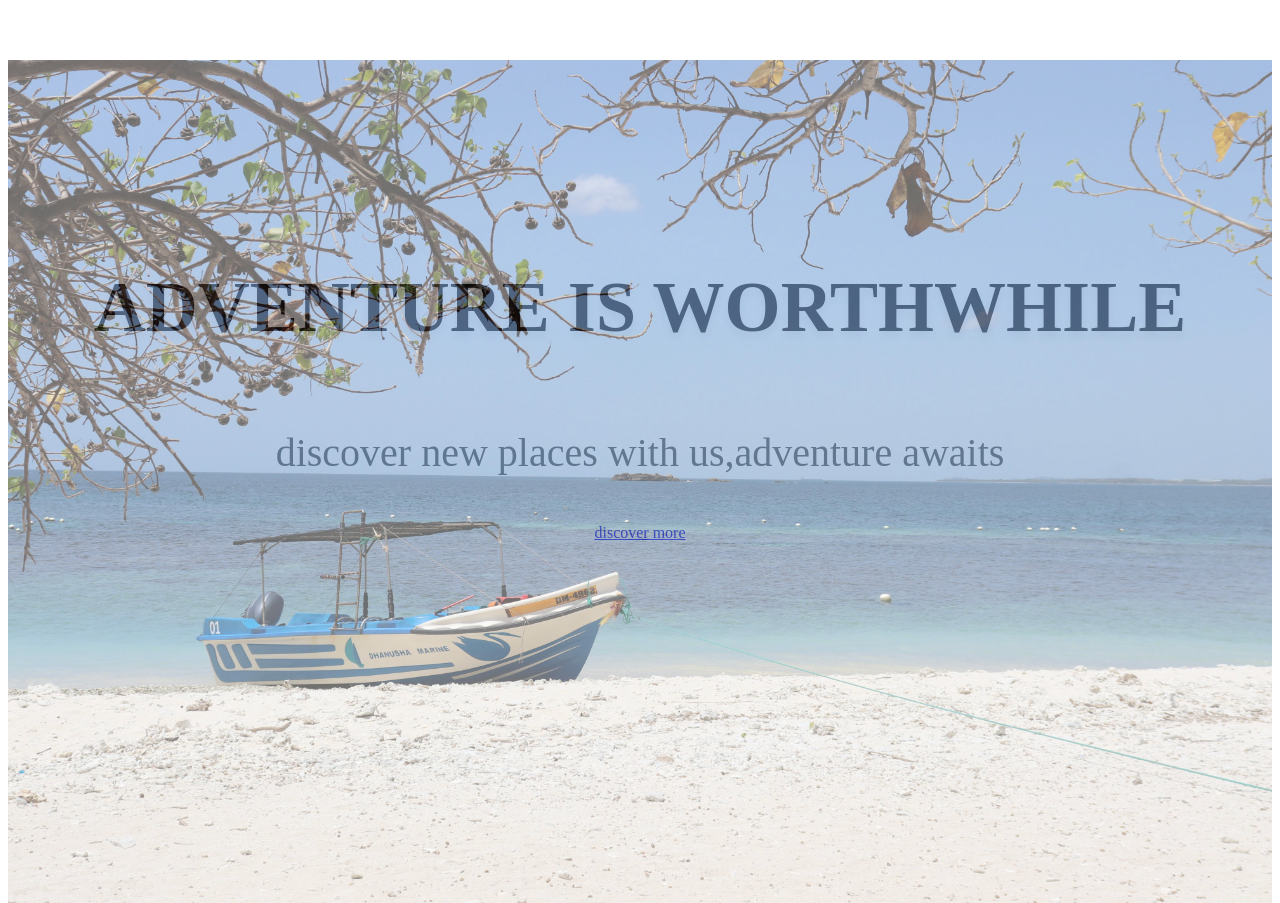
Repository: KasunInd27/Ceylon-Journey
Page: Home/home.html
The author's editor kept a copy of each file at every save. The page is drawn from the files as they stood at one save, then again after the next save.
The browser window is 1280 px wide. The pictures show the whole page.

Above is the page before, as saved 2024-10-05 13:53:33.
Console error: SyntaxError: Unexpected token '<'

After the next save:
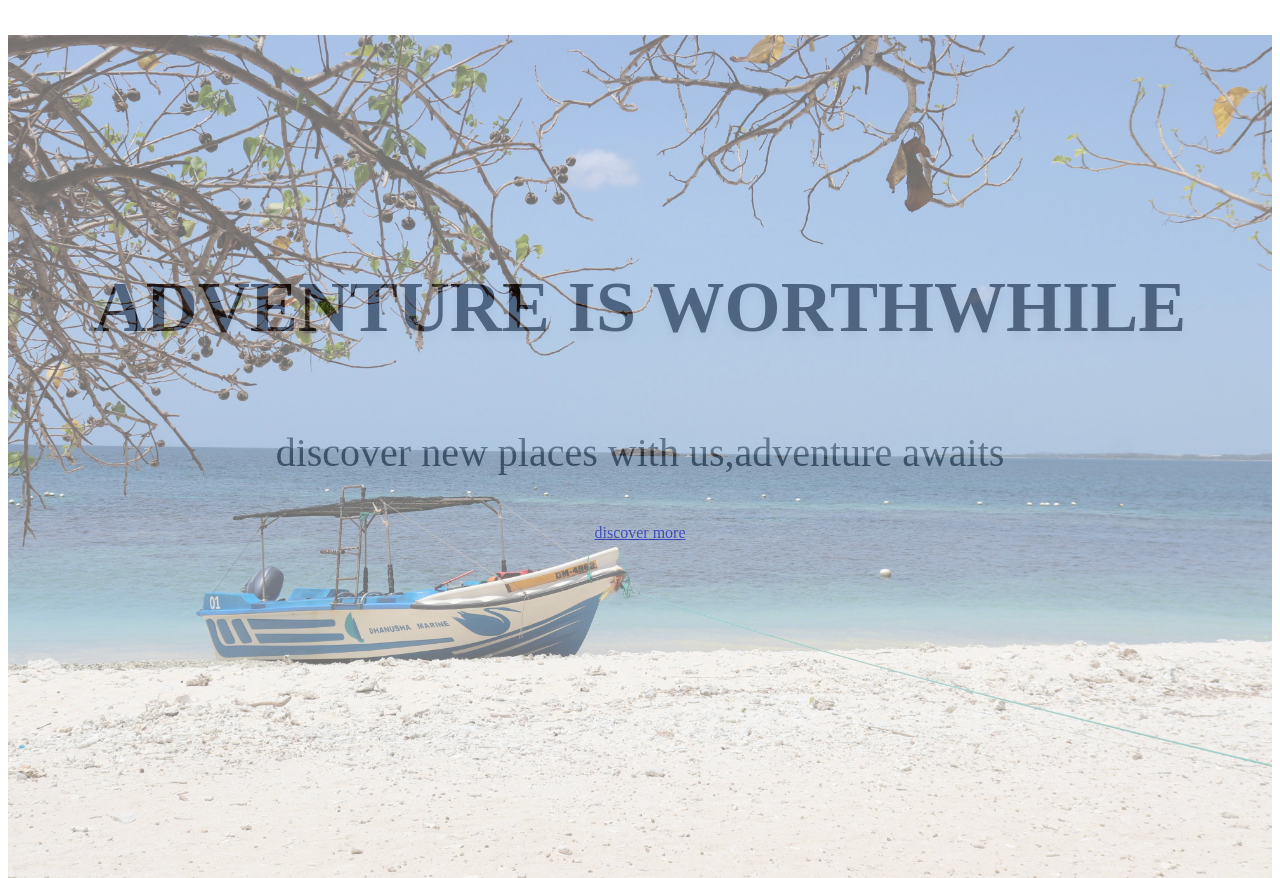
Saved 10 s later.
--- a/Home/CSS/home.css
+++ b/Home/CSS/home.css
@@ -69,7 +69,7 @@
 
 .slide
 {
-    margin-top: -400px;
+    margin-top: -450px;
     background-size:contain;
     background-position:center;
     background-repeat: no-repeat;
